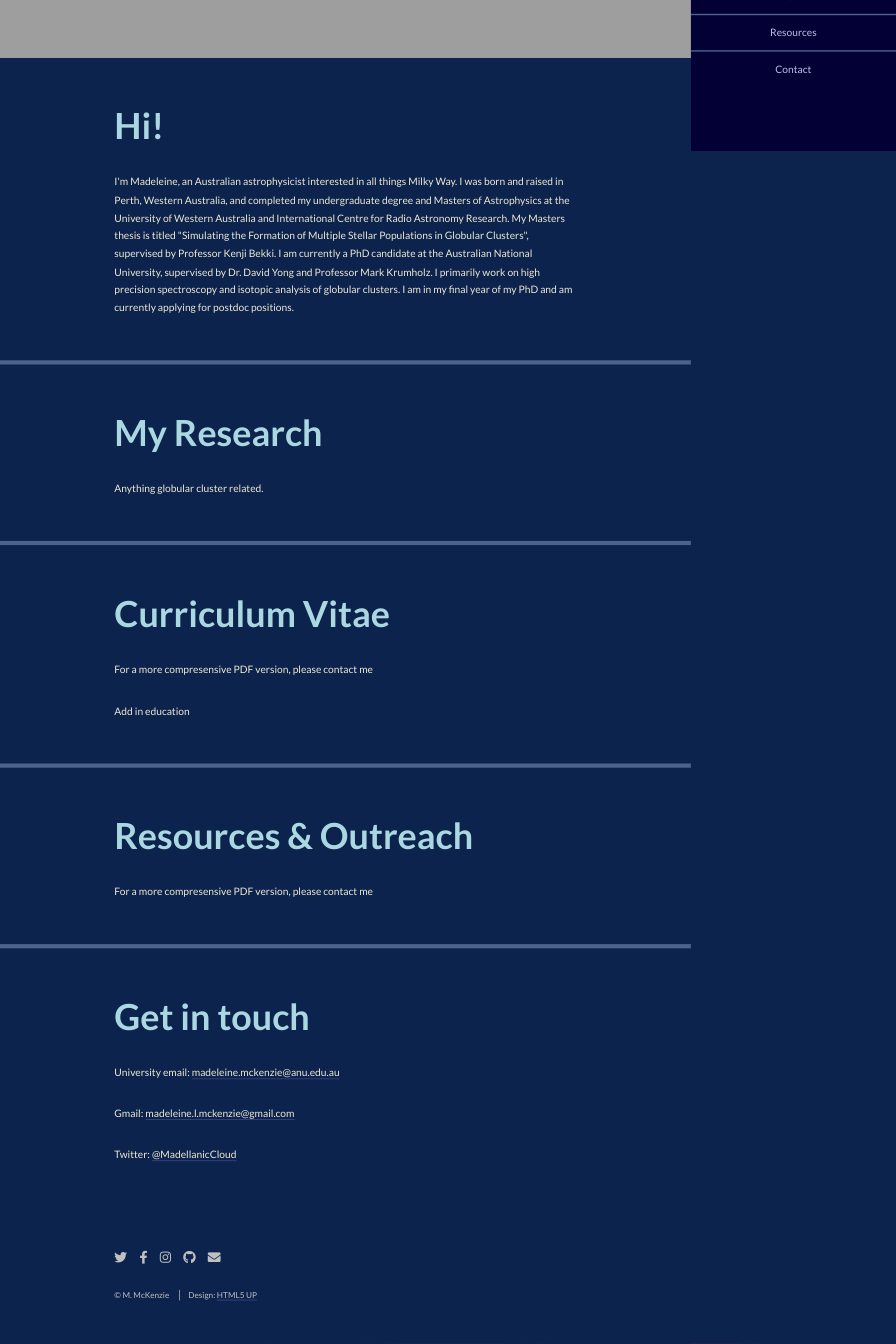
Repository: madeleine-mckenzie/madeleine-mckenzie.github.io
Page: index.html
An editor plug-in stored every save of this project. The page is shown before and after the next save, followed by the edit.
The browser window is 1280 px wide. The pictures show the part of the page from y = 504 to 2424 px (the page is 2424 px tall before and 2391 px after), at 70% of full size.
Pictures or frames that could not be fetched are drawn as grey boxes. Backgrounds fixed to the window are drawn as part of the page.

Above is the page before, as saved 2023-11-12 15:36:28.

After the next save:
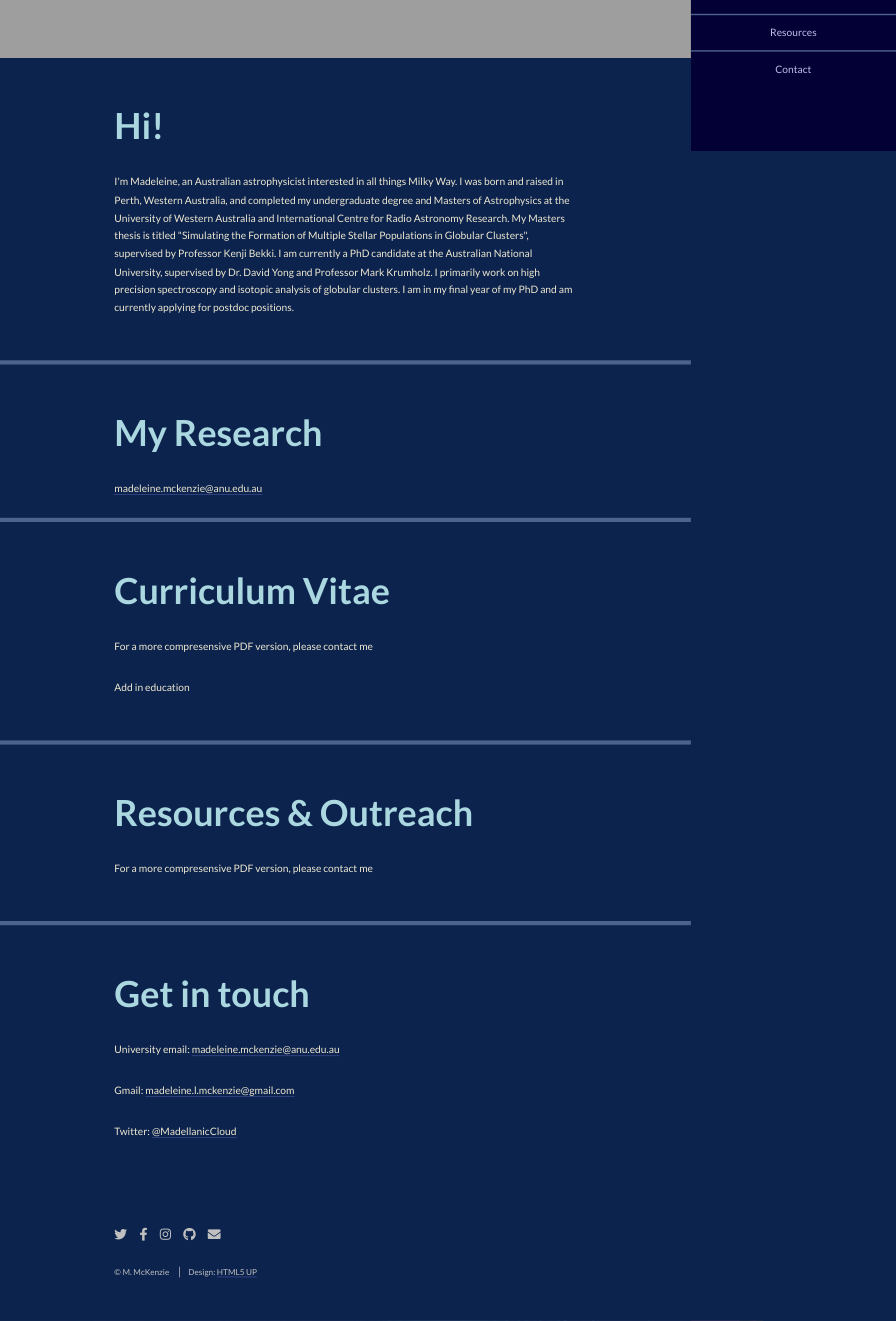
Saved 55 s later.
--- a/index.html
+++ b/index.html
@@ -72,7 +72,7 @@
                         <header class="major">
                             <h2>My Research</h2>
                         </header>
-                        <p>Anything globular cluster related.</p>
+                        <a href="Isotopic analysis of stars in M22">madeleine.mckenzie@anu.edu.au</a>
                         <!-- Icons grid here -->
                     </div>
                 </section>
